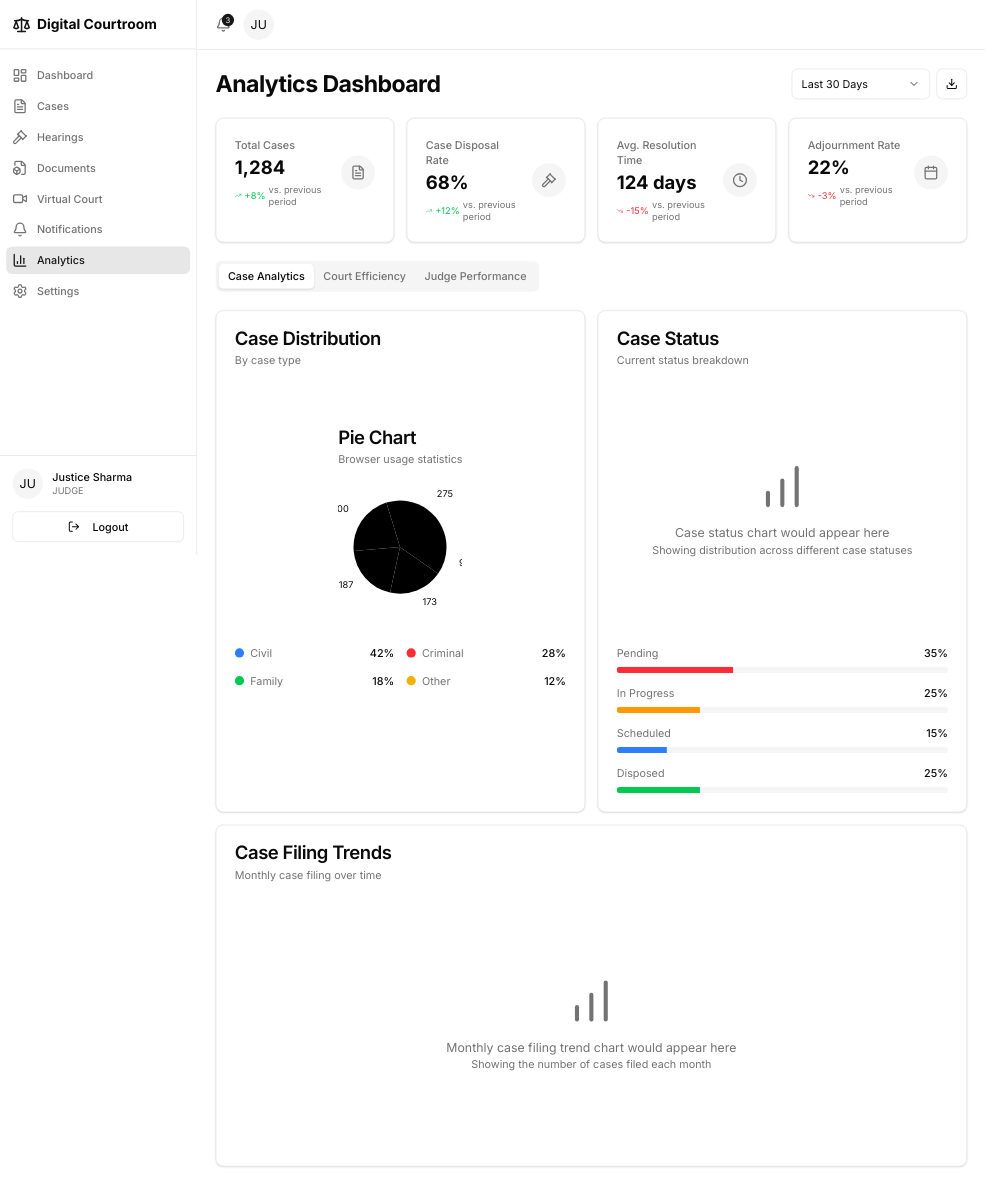
Repository: n0tank3sh/digicourt
Page: /analytics (app in frontend/)
The author's editor kept a copy of each file at every save. The page is drawn from the files as they stood at one save, then again after a run of saves.
The browser window is 1280 px wide. The pictures show the whole page, at 77% of full size.
The project was rebuilt for these pictures with package versions that can differ from the ones it lists, and the page was loaded fresh each time. The framework's server and built-in components were replaced by stand-ins that run in the browser. Also part of the build but not shown: frontend/next.config.ts.

Above is the page before, as saved 2025-03-26 21:55:45.

After the next 8 saves:
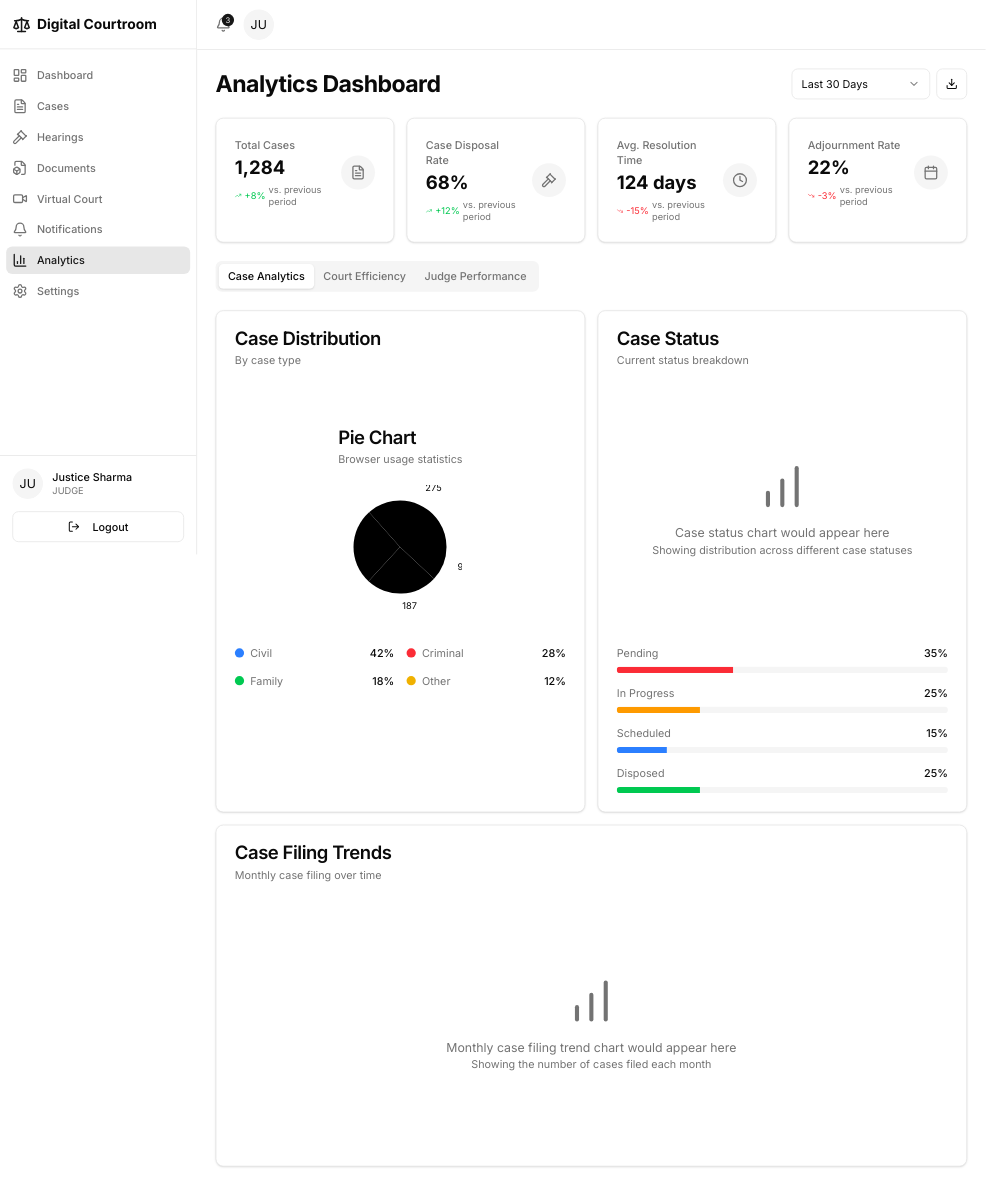
The 8 saves are shown as one change because they came seconds apart.
The last was saved 3 min 43 s later.
--- a/frontend/src/components/ui/piechart.tsx
+++ b/frontend/src/components/ui/piechart.tsx
@@ -16,10 +16,9 @@
     ChartTooltipContent,
 } from "@/components/ui/chart"
 const chartData = [
-    { browser: "chrome", visitors: 275, fill: "var(--color-chrome)" },
-    { browser: "safari", visitors: 200, fill: "var(--color-safari)" },
-    { browser: "firefox", visitors: 187, fill: "var(--color-firefox)" },
-    { browser: "edge", visitors: 173, fill: "var(--color-edge)" },
+    { browser: "Civil", visitors: 275, fill: "var(--color-chrome)" },
+    { browser: "Criminal", visitors: 200, fill: "var(--color-safari)" },
+    { browser: "Family", visitors: 187, fill: "var(--color-firefox)" },
     { browser: "other", visitors: 90, fill: "var(--color-other)" },
 ]
 const chartConfig = {
